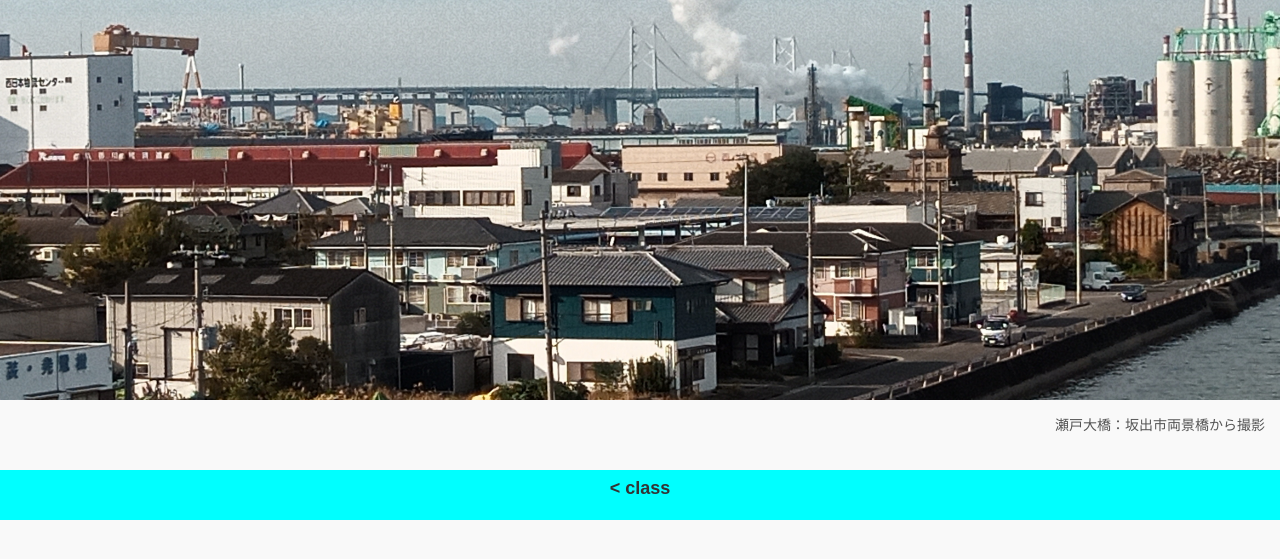
Repository: rydeen7907/html
Page: index.html
These files come from the project's save history. The page is drawn as it stood at one moment and after the next save; the edit follows.
The browser window is 1280 px wide. The pictures show the whole page.

Above is the page before, as saved 2025-04-26 18:12:12.

### index.html
<!DOCTYPE html>
<html lang="ja">
<head>
    <meta charset="UTF-8">
    <meta name="viewport" content="width=device-width, initial-scale=1.0">
    <title>だらっくまのサイト</title>
    <!-- スタイルシートの読み込み -->
    <link rel="stylesheet" href="style.css">
    <style>
        /* 基本的なスタイル */
        body {
                font-family: Arial, sans-serif;
                margin: 0;
                padding: 0;
                background-color: #f9f9f9;
                text-align: center;
        }
        /* ヘッダー画像 */
        .header-image {
            width: 100%;
            max-width: auto;
            height: 400px; /* width に合わせて高さを自動調整 */
            display: block; /* 中央配置 */
            margin: 0 auto; /* 中央配置 */
            object-fit: cover; /* 画像の比率を維持 */
        }

        /* 画像の説明文 */
        .image-caption {
            text-align: right; /* 右配置 */
            font-size: 14px; /* フォントサイズ */
            padding-right: 15px; /* 右側の余白 */
            color: #555; /* 文字色 */
            margin-top: 5px; /* 上部のマージン */
            margin-bottom: 25px; /* 下部のマージン */
        }

        /* メイン h1 */
        h1 {
            text-align: center; /* 中央配置 */
            color: #333; /* 文字色 */
            margin: 20px 0; /* 上下のマージン */
            margin-top: 40px; /* 上部のマージン */
            margin-bottom: 20px; /* 下部のマージン */
            font-size: 28px; /* フォントサイズ */
            font-weight: bold; /* 太字 */
        }

        /* 段落 p */
        p {
            text-align: center; /* 中央配置 */
            color: #555; /* 文字色 */
            font-size: 16px; /* フォントサイズ */
            margin: 10px 0; /* 上下のマージン */
            line-height: 30px; /* 行間 */
        }

        /* リンク a */
        a {
            color: #007BFF; /* リンクの色 */
            text-decoration: none; /* 下線を消す */
            font-size: 16px; /* フォントサイズ */
            font-weight: bold; /* 太字 */
            margin-top: 15px; /* 上マージン */
            margin-bottom: 15px; /* 下マージン */
            display: block; /* ブロック要素にして中央配置 */
            text-align: center; /* 中央配置 */
            transition: color 0.3s; /* 色の変化を滑らかに */

        }
        a:hover,
        a:focus {
            color: #0056b3; /* ホバー時の色 */
            text-decoration: underline; /* ホバー時の下線 */
        }
    </style>
</head>
<body>
    <!-- ヘッダー画像の挿入 -->
    <img src="./image/ryokeibridge.jpg" alt="Header Image" class="header-image">
    <!-- 画像の説明文 -->
    <p class="image-caption">瀬戸大橋：坂出市両景橋から撮影</p>
    <!-- スクロールテキストコンテナ -->
    <div class="scroll-text-container">
        < class

    <!-- brタグはcssのマージンで代用 -->
    <h1>だらっくま、だらっくま…</h1>
    <p>はじめてのHTML</p>
    <a href="test.html">test</a>
</body>
</html>

### style.css
/* 基本的なスタイル */
body {
    font-family: Arial, sans-serif;
    line-height: 2.0; /* 行間を読みやすく調整 (例：2.0倍 px,%,emでも可能) */
    margin: 0; /* ブラウザデフォルトのマージンをリセット */
    padding: 0; /* ブラウザデフォルトのパディングをリセット */
    background-color: #f4f4f4; /* 背景色を薄いグレーに設定 */
    color: #333; /* 文字色を濃いグレーに設定 */
    padding-bottom: 50px; /* ページ下部のパディングを追加 */
}

/* ヘッダーのスタイル */
.header-image {
    width: 100%;
    /* max-width: auto; は width: 100%; があれば不要 */
    height: 400px;
    display: block; /* 中央配置のためブロック要素に */
    margin: 0 auto; /* 上下のマージンは０、左右は自動で中央揃え */
    object-fit: cover; /* 画像のアスペクト比を維持、要素に合わせる */
}

/* 画像の説明文 */
.image-caption {
    text-align: right; /* 右寄せ */
    font-size: 14px; /* フォントサイズを小さく */
    padding: 5px 15px; /* 上下のパディングと左右のパディングを追加 */
    color: #555; /* 文字色を薄いグレーに */
    margin-top:\ 5px; /* 上部のマージンを追加 */
    margin-bottom: 25px; /* 下部のマージンを追加 */
}

/* メインコンテンツのスタイル */
.h1 {
    text-align: center; /* 中央配置 */
    color: #333; /* 文字色を濃いグレーに */
    margin: 20px 0; /* 上下のマージンを追加 */
    margin-top: 40px; /* 上部のマージンを追加 */
    margin-bottom: 20px; /* 下部のマージンを追加 */
    font-size: 28px; /* フォントサイズ */
    font-weight: bold; /* 太字に設定 */
}

/* スクロールテキストコンテナ */
.scroll-text-container {
    width: 100%; /* 幅を100%に設定 */
    height: 50px; /* 高さを50pxに設定 */
    overflow: hidden; /* はみ出た部分を隠す */
    white-space: nowrap; /* 文字を折り返さない */
    box-sizing: border-box; /* パディングとボーダーを含めたサイズ計算 */
    position: relative; /* 相対位置に設定 */
    background-color: aqua; /* 背景色をアクアに設定 */
    margin-top: 20px; /* 上部のマージンを追加 */
    margin-bottom: 20px; /* 下部のマージンを追加 */
    text-align: center; /* 中央配置 */
    font-size: 18px; /* フォントサイズ */
    font-weight: bold; /* 太字に設定 */
    color: #333; /* 文字色を濃いグレーに */
}

/* スクロールテキスト */
.scrolling-text {
    display: inline-block; /* インラインブロック要素に設定 */
    padding-left: 100%; /* 左側にパディングを追加 */
    position: absolute; /* 絶対位置に設定 */
    width: 100%; /* 幅を100%に設定 */
    height: 50px; /* 高さを50pxに設定 */
    top: 0; /* 上端に配置 */
    left: 0; /* 左端に配置 */
    animation: scroll-text-animation 10s linear infinite; /* アニメーションを適用 */
    font-size: 18px; /* フォントサイズ */
    font-weight: bold; /* 太字に設定 */
    margin: 0; /* コンテナ内でのマージンを削除 */
}

/* スクロールアニメーションの定義 */
@keyframes scroll-left {
    0% {
        transform: translateX(0); /* 開始位置 */
    }
    100% {
        /* テキスト自身の幅だけ左に移動させる */
        transform: translateX(-100%);
    }
}


/* 段落 p */
p {
    text-align: center; /* 中央配置 */
    margin-top: 25px; /* 上下のマージンを追加 */
    margin-bottom: 25px;
    font-size: 16px; /* フォントサイズ */
}

/* リンク a */
a {
    text-decoration: none; /* 下線を削除 */
    color: #ff0000; /* 文字色を赤に */
    display: block;
    text-align: center; /* 左寄せ */
    margin-top: 10px; /* 上部のマージンを追加 */
    margin-bottom: 10px; /* 下部のマージンを追加 */
    font-size: 16px; /* フォントサイズ */
    font-weight: bold; /* 太字に設定 */
    transition: color 0.3s; /* ホバー時の色変更にトランジションを追加 */
}

/* ホバー時のスタイル */
a:hover,
a:focus { /* ホバーとフォーカス時に適用するスタイル */
    text-decoration: underline; /* 下線を追加 */
    color: #ff8000; /* ホバー時の文字色をオレンジに変更 */
}

After the next save:
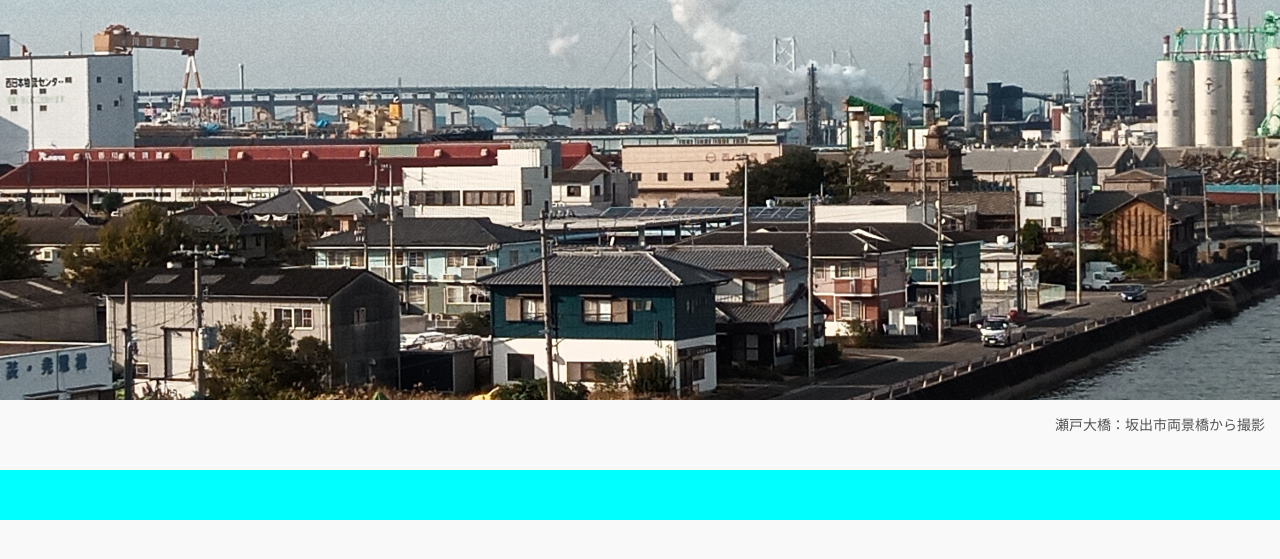
Saved 5 s later.
--- a/index.html
+++ b/index.html
@@ -82,7 +82,7 @@
     <p class="image-caption">瀬戸大橋：坂出市両景橋から撮影</p>
     <!-- スクロールテキストコンテナ -->
     <div class="scroll-text-container">
-        < class
+        <class
 
     <!-- brタグはcssのマージンで代用 -->
     <h1>だらっくま、だらっくま…</h1>
